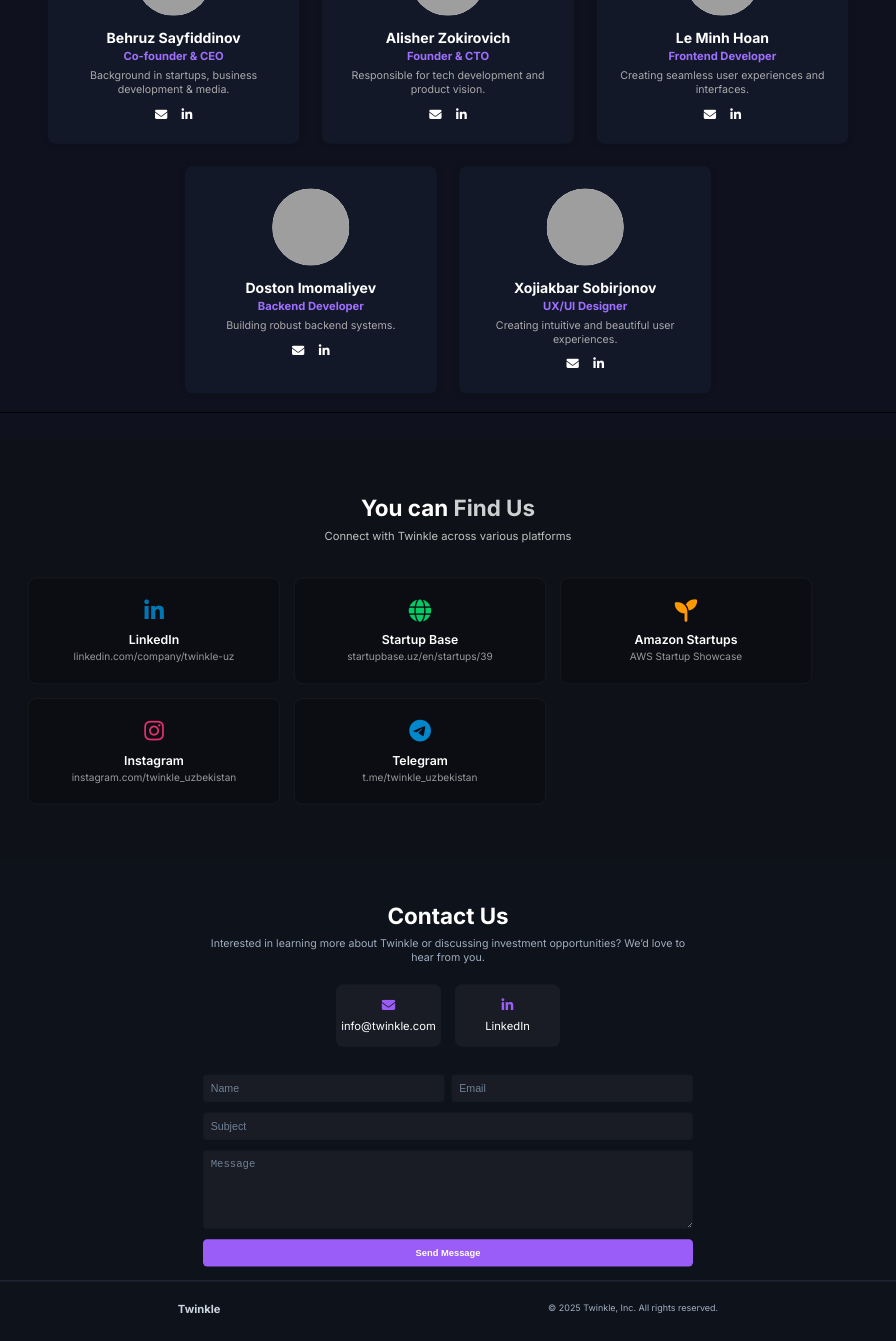
Repository: techboy-33/Twinkle-web
Page: index.html
The author's editor kept a copy of each file at every save. The page is drawn from the files as they stood at one save, then again after the next save.
The browser window is 1280 px wide. The pictures show the part of the page from y = 2315 to 4235 px (the page is 4231 px tall before and 4235 px after), at 70% of full size.
Pictures or frames that could not be fetched are drawn as grey boxes.

Above is the page before, as saved 2025-05-12 12:04:08.

After the next save:
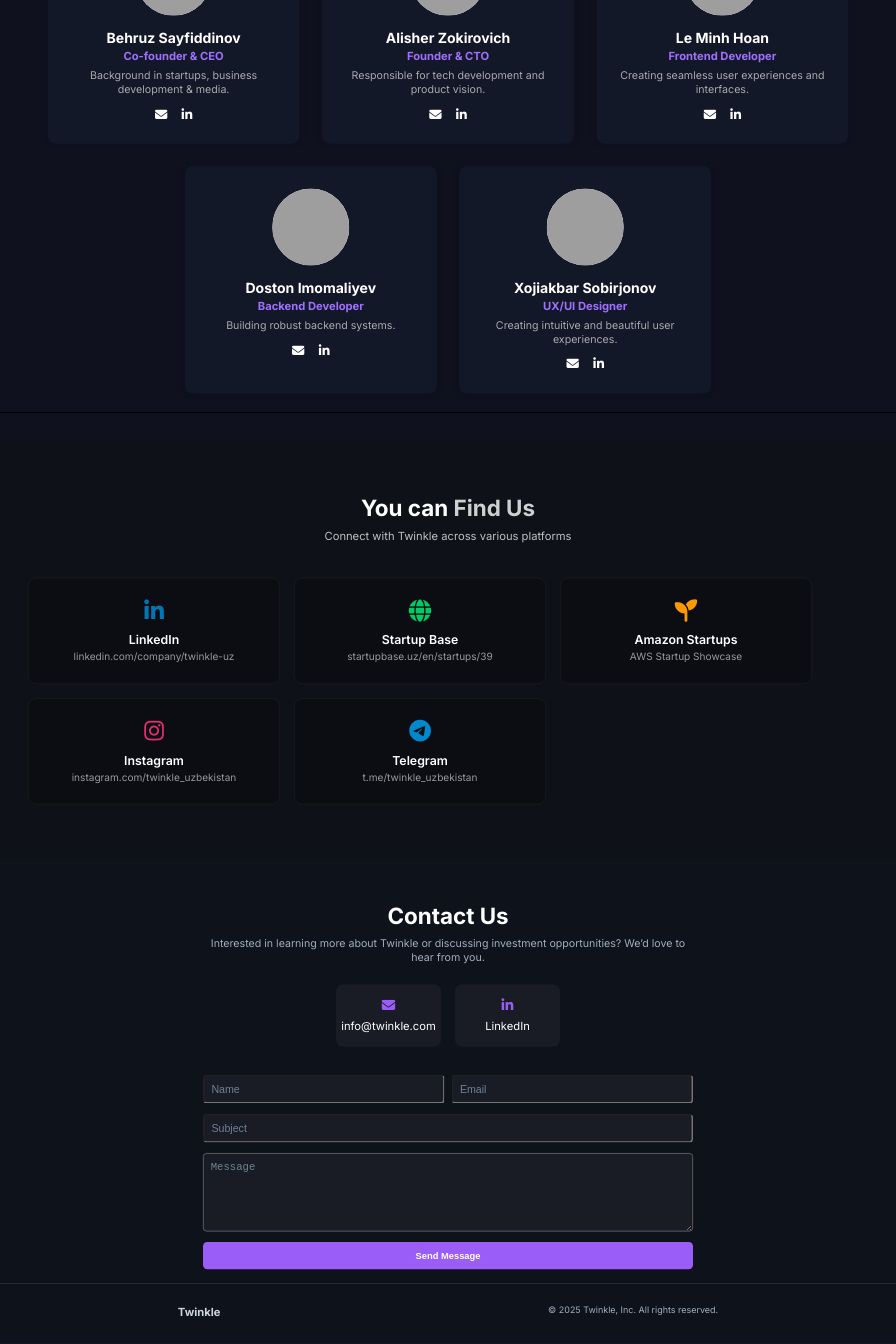
Saved 5 s later.
--- a/styles.css
+++ b/styles.css
@@ -519,7 +519,6 @@
 .contact-form input,
 .contact-form textarea {
   background-color: #191c24;
-  border: 1px solid #191c24;
   border-radius: 5px;
   padding: 10px;
   color: #fff;
